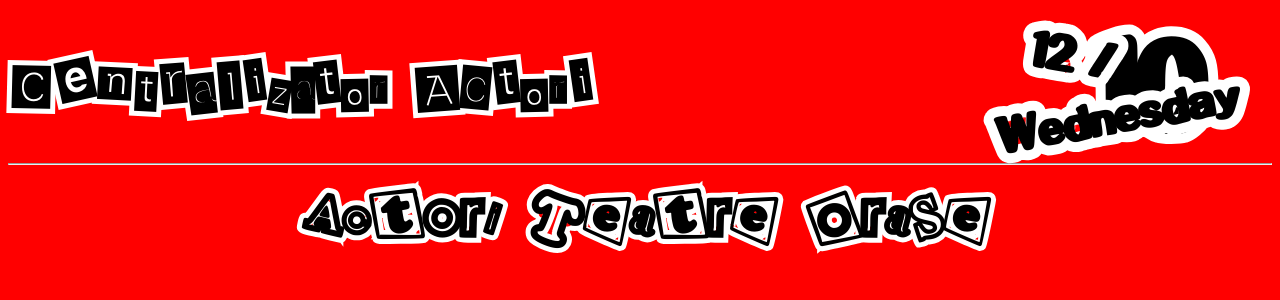
Repository: SusStefan/ActorDB
Page: Actori/src/main/webapp/index.html
An editor plug-in stored every save of this project. The page is shown before and after the next save, followed by the edit.
The browser window is 1280 px wide. The pictures show the whole page.

Above is the page before, as saved 2025-12-12 23:10:41.

After the next save:
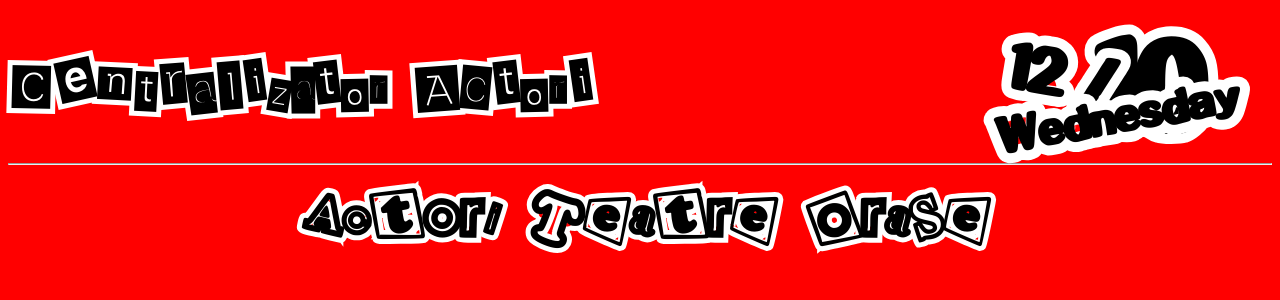
Saved 8 s later.
--- a/Actori/src/main/webapp/index.html
+++ b/Actori/src/main/webapp/index.html
@@ -99,7 +99,7 @@ transform: rotate(-10deg);
  #month{ position:absolute;
 right:13%;
 top:-2%;
- font-size:390%;
+ font-size:500%;
  transform: rotate(10deg);
  }
  .cssbutton
